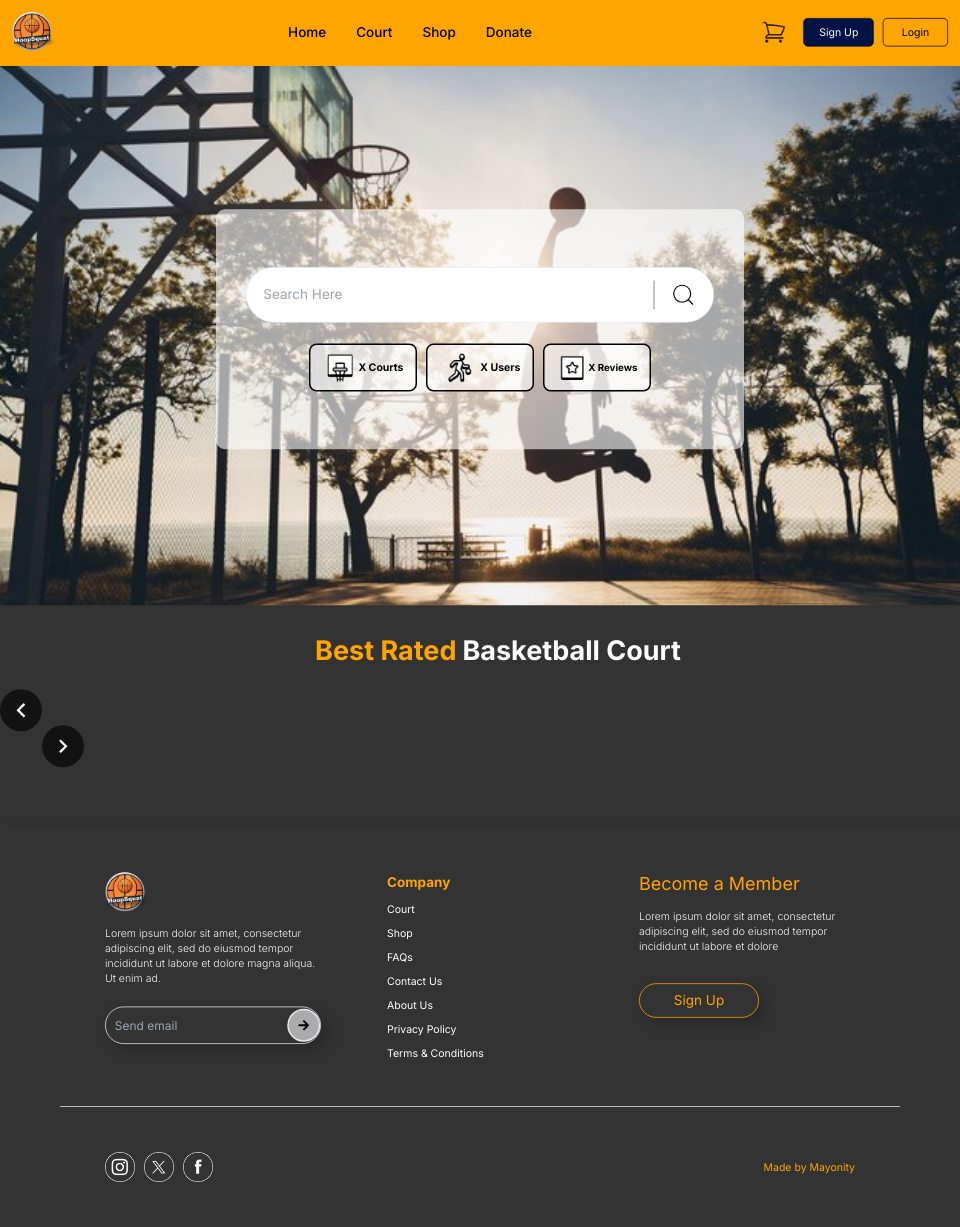
Repository: Abdul-Hannan232/basket-ball-website
Page: /
The author's editor kept a copy of each file at every save. The page is drawn from the files as they stood at one save, then again after the next save.
The browser window is 1280 px wide. The pictures show the whole page, at 75% of full size.
The page's requests for data from a server got no answer. The project was rebuilt for these pictures with package versions that can differ from the ones it lists, and the page was loaded fresh each time. The framework's server and built-in components were replaced by stand-ins that run in the browser. No one was signed in, and anything a server would have sent is missing. Also part of the build but not shown: next.config.mjs, app/utils/rating.js.

Above is the page before, as saved 2024-09-15 21:31:10.

### app/layout.tsx
import type { Metadata } from "next";
import { Inter } from "next/font/google";
import "./globals.css";
import Authprovider from "./component/Authprovider/Authprovider";

const inter = Inter({ subsets: ["latin"] });

export const metadata: Metadata = {
  title: "Basket Ball",
  description: "Generated by create next app",
};

export default function RootLayout({
  children,
}: Readonly<{
  children: React.ReactNode;
}>) {
  return (
    <html lang="en">
      <head>
        <link rel="icon" href="/favicon.png" />
        <title>Basket Ball</title>
      </head>
      <body className={inter.className}>
        <Authprovider>
          {children}
        </Authprovider>
      </body>
    </html>
  );
}

### app/page.tsx
import HomePage from "./component/HomeComponent"
export default function Home() {
  return (
    <>
      <HomePage />
    </>
  );
}

### app/globals.css
@import url('https://fonts.googleapis.com/css2?family=Poppins:wght@100;200;400&display=swap');
@import url('https://fonts.googleapis.com/css2?family=Poppins:ital,wght@0,100;0,200;0,300;0,400;0,500;0,600;0,700;0,800;0,900;1,100;1,200;1,300;1,400;1,500;1,600;1,700;1,800;1,900&display=swap');
@tailwind base;
@tailwind components;
@tailwind utilities;
/* Styling for the pagination container */
.custom-paginator .p-paginator {
  @apply  rounded-lg p-4 mt-2 flex flex-row gap-10 fixed  right-0;
}
.poppins-bold {
  font-family: "Poppins", sans-serif;
  font-weight: 700;
  font-style: normal;
}
.hover-design{
  background: linear-gradient(90deg, #FFA500 0%, rgba(255, 165, 0, 0.09) 85.85%);

}
/* Styling for individual page numbers */
.custom-paginator .p-paginator .p-paginator-page {
  @apply bg-white text-black rounded-md w-10 h-10 inline items-center text-center justify-center mx-1;
}

/* Highlighted page number styling */
.custom-paginator .p-paginator .p-paginator-page.p-highlight {
  @apply bg-[#FFA500] text-white inline text-center flex-row;
}

/* Styling for previous and next buttons */
.custom-paginator .p-paginator .p-paginator-prev,
.custom-paginator .p-paginator .p-paginator-next {
  @apply bg-[#CACACA] p-1 text-black flex flex-row rounded-md;
}

body {
  background-color: rgba(51, 51, 51, 1);
  color: white;
  font-family: 'Poppins', sans-serif;
}

.shadow {
  box-shadow: 8px 8px 24px 0px #00000040;

}
.banner {
  background-image: url('/banner.png');
  background-position: center;
  background-size: cover;
  width: 100%;
  background-repeat: no-repeat;
}
.backColor{
  background: linear-gradient(90.35deg, #FFA500 0.24%, #FF7D05 99.7%);

}
.mobilebanner {
  background-image: url('/mobildbanner.png');
  background-position: center;
  background-size: cover;
  background-repeat: no-repeat;
}
@media only screen and (max-width:320px) {
  .slick-slide {
    margin-left:5px; /* Adjust the value as needed */
  }
}
.slick-slide {
  margin-left:5px; /* Adjust the value as needed */
}
.bounceball {
  position: relative;
  display: inline-block;
  height: 20px;
  width: 15px;
  /* Adjust the width as needed */
}

.bounceball:before {
  position: absolute;
  content: '';
  display: block;
  top: 0;
  width: 25px;
  /* Adjust the width as needed */
  height: 20px;
  border-radius: 50%;
  background-color: #FFA500;
  transform-origin: 50%;
  animation: bounce 500ms alternate infinite ease;
}

@layer
{
  .wrap {
    @apply absolute top-1/2 left-1/2 transform -translate-x-1/2 -translate-y-1/2;
  }
}
@keyframes bounce {
  0% {
    top: 70px;
    height: 5px;
    border-radius: 60px 60px 20px 20px;
    transform: scaleX(2);
  }

  35% {
    height: 15px;
    border-radius: 50%;
    transform: scaleX(1);
  }

  100% {
    top: 0;
  }
}


.animate-bounce {
  animation: bounce 500ms alternate infinite ease;
}

/* Api loading */
.loader {
  width: 48px;
  height: 48px;
  display: inline-block;
  position: relative;
}
.loader::after,
.loader::before {
  content: '';
  box-sizing: border-box;
  width: 48px;
  height: 48px;
  border-radius: 50%;
  border: 2px solid #FFA500;
  position: absolute;
  left: 0;
  top: 0;
  animation: animloader 2s linear infinite;
}
.loader::after {
  animation-delay: 1s;
}

@keyframes animloader {
  0% {
    transform: scale(0);
    opacity: 1;
  }
  100% {
    transform: scale(1);
    opacity: 0;
  }
}

### app/component/Authprovider/Authprovider.js
"use client"
import React from "react";
import { SessionProvider } from "next-auth/react";
const Authprovider = ({children}) => {
    return (
        <SessionProvider>
             {children}
        </SessionProvider>
    )
}
export default Authprovider

### app/component/HomeComponent.js
import React from 'react'
import Navbar from './NavBarComponent'
import Image from 'next/image'
import { CiSearch } from "react-icons/ci"
import Footer from "./FooterComponent"
import BasketBall from "./CourtsSlider"
const HomeComponent = () => {
  return (
    <div>
      <Navbar/>
      <div className=' md:banner mobilebanner   md:h-[100vh] h-[250px]'  >
        <div className='relative  flex flex-col md:justify-center md:mt-0 pt-14 items-center md:h-[90vh] '>
          <div className='bg-white absolute lg:w-[55%] w-[90%] mx-auto md:h-80 h-36 flex flex-col justify-center it-center  bg-opacity-60 rounded-xl  right-0 left-0'>
            <div className='relative lg:mx-10 mx-5 border bg-white text-black flex items-center   rounded-full'>
              <input type='text' placeholder='Search Here' className='text-black md:text-lg text-xs border-transparent outline-none hover:border-[#FFA500] border-2 md:p-5 p-3 w-full rounded-full ' />
              <CiSearch className="absolute text-black md:w-20 w-8 px-1 my-2 md:h-10 h-6 right-0 text-4xl border-2 border-[#AFAFAF] border-t-transparent border-r-transparent border-b-transparent  md:top- " />
            </div>
            <div className='flex justify-center gap-3 mt-7 '>
              <div className='bg-white text-center text-black bg-opacity-60 border-[#000000] border-2 flex justify-center items-center md:rounded-[10px] rounded-[7px] md:p-4 p-2 md:w-36 w-22  md:h-16 h-10'>

                <Image src="/Basketball Net.png" alt="basket" width={100} height={50} className='md:w-10 mx-auto mt-1 md:h-12 w-6 h-8 ' />
                <p className='md:text-sm text-[8px]  font-bold'>X Courts</p>
              </div>
              <div className='bg-white text-center text-black bg-opacity-60 border-[#000000] border-2 flex justify-center items-center md:rounded-[10px] rounded-[7px] md:p-4 p-2 md:w-36 w-22  md:h-16 h-10'>

                <Image src="/Basketball Player.png" alt="basket" width={100} height={50} className='md:w-10 mx-auto  md:h-10 w-6 h-6 ' />
                <p className='md:text-sm text-[8px]  font-bold'>X Users</p>
              </div>
              <div className='bg-white text-center text-black bg-opacity-60 border-[#000000] border-2 flex justify-center items-center md:rounded-[10px] rounded-[7px] md:p-4 p-2 md:w-36 w-22  md:h-16 h-10'>

                <Image src="/Rating.png" alt="basket" width={100} height={50} className='md:w-10 mx-auto  md:h-10 w-6 h-6 ' />
                <p className='md:text-[13px] text-[8px]  font-bold'>X Reviews</p>
              </div>

            </div>
          </div>
        </div>
      </div>
      <BasketBall slide={"carousel"} />
      <Footer/>
    </div>
  )
}

export default HomeComponent

### app/component/CourtsSlider.js
"use client"
import React, { useRef, useState, useEffect } from 'react';
import Slider from 'react-slick';
import { RiArrowLeftSLine } from 'react-icons/ri';
import { MdOutlineKeyboardArrowRight } from "react-icons/md"
import 'slick-carousel/slick/slick.css';
import 'slick-carousel/slick/slick-theme.css';
import Image from 'next/image';
import Link from 'next/link';
import renderStars from "../utils/rating"
import { allCourts as fetchAllCourts } from "../services/courtsServices"; // Rename the imported function
const settings = {
    infinite: true,
    speed: 500,
    slidesToShow: 3.5,
    slidesToScroll: 1,
    responsive: [
        {
            breakpoint: 1267, // Adjust the breakpoint as needed
            settings: {
                slidesToShow: 2.5,
                slidesToScroll: 2,
            },
        },
        {
            breakpoint: 959, // Adjust the breakpoint as needed
            settings: {
                slidesToShow: 2,
                slidesToScroll: 2,
            },
        },

        {
            breakpoint: 320, // Adjust the breakpoint as needed
            settings: {
                slidesToShow: 1.1,
                slidesToScroll: 1,
            },
        },
    ],
    prevArrow: <></>, // Hides the previous arrow
    nextArrow: <></>,
};
const CourtsSlider = ({ slide }) => {
    const sliderRef = useRef(null);
    const [spinner, setSpinner] = useState(false)

    const goToPrev = () => {
        sliderRef.current.slickPrev();
    };

    const goToNext = () => {
        sliderRef.current.slickNext();
    };

    const [allCourts, setAllCourts] = useState([]); // Initialize with an empty array

    useEffect(() => {
        setSpinner(true)
        const getCourts = async () => {
            try {
                const response = await fetchAllCourts(); // Use the renamed function
                setAllCourts(response.data.courts); // Store the fetched data in state
            } catch (error) {
                console.error("Failed to fetch courts data:", error);
                // You can also add error handling for the UI here
            } finally {
                setSpinner(false)
            }
        };

        getCourts();
    }, []);
    return (
        <div >
            {slide === 'carousel' ? (
                <div className="  2xl:ml-32 md:ml-14 md:pt-10 pt-10 w-[95%] mx-auto z-10 2xl:mb-40 md:mb-20" id="Testimonials" style={{ position: 'relative' }}>
                    <div className='2xl:text-6xl md:text-4xl text-xl font-bold md:mb-20 mb-10 flex justify-center items-center gap-2 '>
                        <h1 className='text-[#FFA500]'>Best Rated </h1>
                        <h1>Basketball Court</h1>
                    </div>
                    <div className="flex justify-center">
                        {spinner ? <span className="loader"></span> : null}
                    </div>


                    <div className='slick- slick-arrow'>
                            <div className="bg-[#000000A6] text-white text-7xl md:p-[10px] flex items-center justify-center cursor-pointer md:w-14 md:h-14 w-10 h-10 text-center font-bold  rounded-full" onClick={goToNext}>
                                <MdOutlineKeyboardArrowRight />
                            </div>
                        </div>
                    <Slider ref={sliderRef} {...settings}>

                        {allCourts.map((item, index) => (
                            <div key={index} className=' w-[80%] bg-black'>
                                <div className='relative shadow cursor-pointer text-black rounded-md 2xl:w-[450px] md:w-[300px] w-[250px] group'>
                                    <div className='absolute inset-0 bg-black opacity-0 z-20 group-hover:opacity-70 transition-opacity'></div>

                                    <div className='bg-[#D9D9D9] relative rounded-md overflow-hidden'>
                                        {/* Image and content */}

                                        <Image src={item.images?.[0]
                                            ? `${process.env.NEXT_PUBLIC_IMAGE_URL}/${item.images[0]}`
                                            : '/basketBALL.png'} alt="image" width={343} height={228} className='rounded-t-xl h-60 2xl:w-[400px]' />

                                        <div className='flex items-center justify-center float-right -mt-5 shadow z-10 absolute right-0 p-3 w-32 gap-2 rounded-l-xl bg-white text-black'>

                                            <Image src={item.type === "indoor" ? "/Roofing.png" : "/Basketball Court.png"}
                                                alt="shelter" width={24} height={24} />
                                            <p>{item.type}</p>
                                        </div>
                                        <div className='m-5'>
                                            {/* <Image src="/star.png" alt="image" width={112} height={20} /> */}
                                            <div className='flex items-center'>
                                                {renderStars(item.ratings)}
                                            </div>
                                            <p className='text-[10px] mt-1 font-bold'>{item.rating.length} reviews</p>
                                            <h1 className='text-xl font-bold mb-5'>{item.name}</h1>
                                            <p className='w-32 text-xs font-medium mt-1'>{item.location}</p>
                                            <button className='bg-[#FFA500] p-2 mb-5 mt-10 text-black font-bold text-sm w-full shadow'>
                                                View Court
                                            </button>
                                        </div>

                                        {/* Overlay with Maintenance Button */}
                                        <div className='flex flex-col items-center h-96 justify-center z-40 absolute inset-0 opacity-0 group-hover:opacity-100 transition-opacity'>
                                            <button className='bg-[#232323] py-2 px-4 rounded-full text-white'>
                                                Maintenance
                                            </button>
                                        </div>
                                    </div>
                                </div>

                            </div>
                        ))}

                    </Slider>
                    <div style={{ position: 'absolute', transform: 'translateY(-50%)', zIndex: '1' }} className='2xl:top-[45%] lg:top-[65%] top-[35%] md:w-[100%] flex justify-between w-[100%] mx-auto'>
                        <div className=' slick- slick-arrow md:-ml-14 '>
                            <div onClick={goToPrev} className='bg-[#000000A6] text-white text-7xl md:p-[10px] flex items-center justify-center cursor-pointer md:w-14 md:h-14 w-10 h-10 text-center font-bold  rounded-full'>
                                <RiArrowLeftSLine />
                            </div>
                        </div>


                    </div>
                </div>
            ) : (
                <>
                    <div className="flex justify-center mt-[30px]">
                        {spinner ? <span className="loader"></span> : null}
                    </div>
                    <div className='grid xl:grid-cols-4 lg:grid-cols-3 md:grid-cols-2 grid-cols-1 gap-20 w-[80%] md:mt-20 mt-5 md:mx-auto mx-5'>

                        {allCourts.map((item, index) => (
                            <div key={index} className='relative  shadow text-black rounded-md 2xl:w-[300px] xl:w-[250px] md:w-[250px] w-[280px] group'>
                                <div className='bg-[#D9D9D9] relative rounded-md overflow-hidden'>
                                    {/* Overlay */}
                                    <div className='absolute inset-0 bg-black opacity-0  group-hover:opacity-70 transition-opacity'></div>

                                    {/* Maintenance Button (Initially Hidden) */}
                                    <div className='flex flex-col items-center h-80 justify-center z-20 absolute inset-0 opacity-0 group-hover:opacity-100 transition-opacity'>
                                        <button className='bg-[#232323] py-2 px-4 rounded-full text-white'>
                                            Maintenance
                                        </button>
                                    </div>

                                    <Image src={item.images?.[0]
                                        ? `${process.env.NEXT_PUBLIC_IMAGE_URL}/${item.images[0]}`
                                        : '/basketBALL.png'} alt="image" width={343} height={228} className='rounded-t-xl 2xl:w-[450px]' />

                                    <div className='flex items-center justify-center float-right -mt-5 shadow  absolute right-0 p-3 w-32 gap-2 rounded-l-xl bg-white text-black'>

                                        <Image src={item.type === "indoor" ? "/Roofing.png" : "/Basketball Court.png"}
                                            alt="shelter" width={24} height={24} />
                                        <p>{item.type}</p>
                                    </div>

                                    <div className='m-5 relative'>
                                        {/* <Image src="/star.png" alt="image" width={60} height={20} />
                         */}
                                        <div className='flex items-center'>
                                            {renderStars(item.ratings)}
                                        </div>
                                        <p className='text-[10px] mt-1 font-bold'>{item.rating.length} reviews</p>
                                        <h1 className='text-lg font-bold mb-2'>{item.name}</h1>
                                        <p className='w-32 text-xs font-medium '>{item.location}</p>
                                        <button className='bg-[#FFA500] p-2 mb-3 mt-3 rounded-md text-black font-bold text-sm w-full shadow'>
                                            View Court
                                        </button>
                                    </div>
                                </div>
                            </div>


                        ))}
                    </div>
                </>
            )}

        </div >
    );
};

export default CourtsSlider;

### app/customHook/useAuthToken.js
import { useSession } from "next-auth/react";
import Cookies from "js-cookie";
import {jwtDecode} from "jwt-decode";

export const useAuthToken = () => {
  const { data: session } = useSession();

  const token = session?.authToken || Cookies.get("authToken");

  let decodedToken = null;
  if (token) {
    try {
      decodedToken = jwtDecode(token);
    } catch (error) {
      console.error("Invalid token:", error.message);
    }
  }

  return { token, decodedToken };
};

### app/services/courtsServices.js
import axios from "axios";
import Cookies from 'js-cookie';
export const allCourts = async (token) =>{
    try {

        const response = await axios.get(
            `${process.env.NEXT_PUBLIC_API_URL}/court/all`,
            {
                headers: {
                    Authorization: `Bearer ${token}`,
                },
            }
        );

        return response;
    }
    catch (error) {
        console.log("all Courts",error.response)
        return error.response || { message: "An error occurred", error };
    }

}

export const addCourt = async (body,token) => {

    try {
         const response = await axios.post(
            `${process.env.NEXT_PUBLIC_API_URL}/court/add`,
            body,
            {
                headers: {
                    Authorization: `Bearer ${token}`,                },
            }
        );

        return response;
    } catch (error) {
        return error.response;
    }
};

Loaded but not shown: tailwind.config.ts (common file); app/component/NavBarComponent.js (132 lines, source omitted); app/component/FooterComponent.js (94 lines, source omitted)

After the next save:
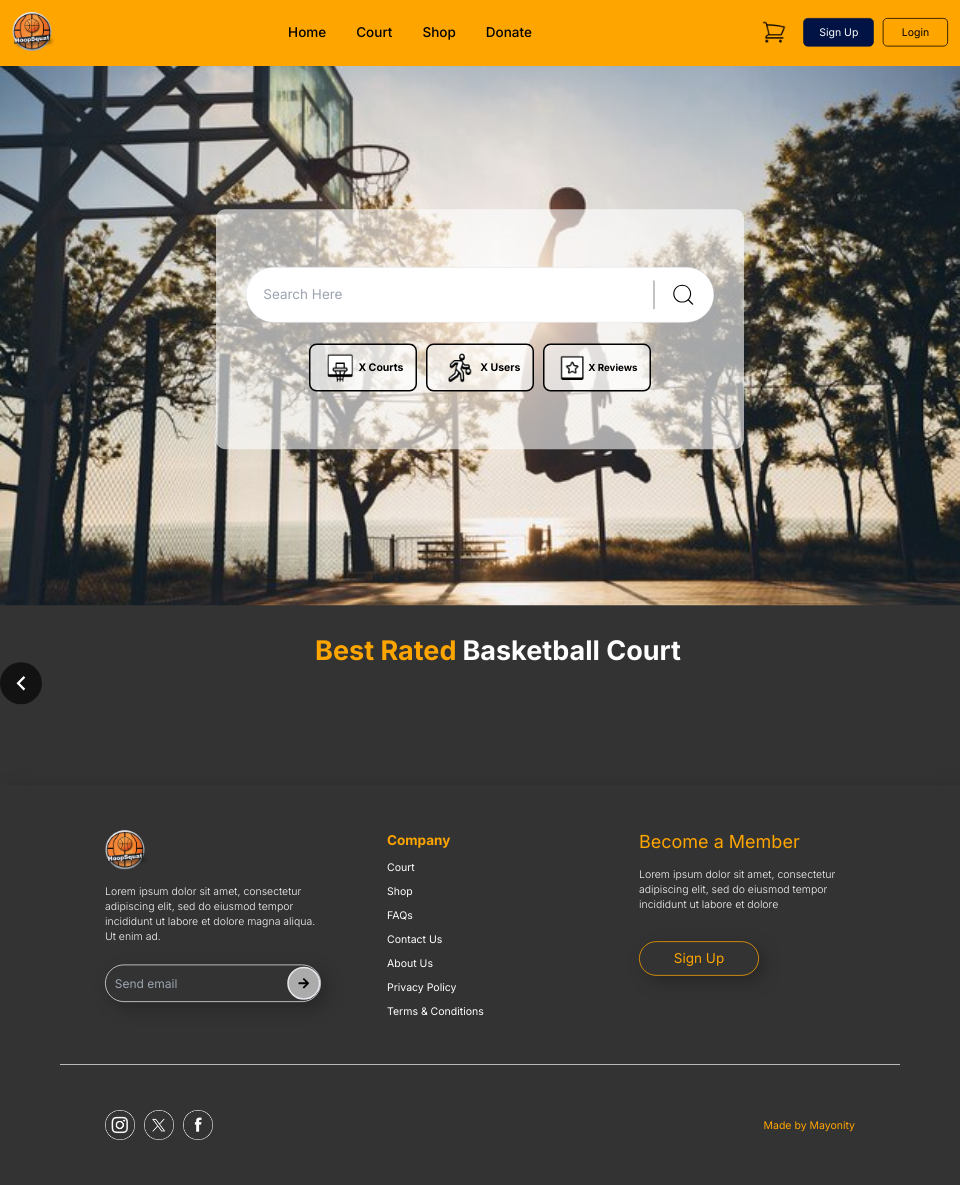
Saved 5 s later.
--- a/app/component/CourtsSlider.js
+++ b/app/component/CourtsSlider.js
@@ -84,11 +84,11 @@ const CourtsSlider = ({ slide }) => {
                     </div>
 
 
-                    <div className='slick- slick-arrow'>
+                    {/* <div className='slick- slick-arrow'>
                             <div className="bg-[#000000A6] text-white text-7xl md:p-[10px] flex items-center justify-center cursor-pointer md:w-14 md:h-14 w-10 h-10 text-center font-bold  rounded-full" onClick={goToNext}>
                                 <MdOutlineKeyboardArrowRight />
                             </div>
-                        </div>
+                        </div> */}
                     <Slider ref={sliderRef} {...settings}>
 
                         {allCourts.map((item, index) => (
